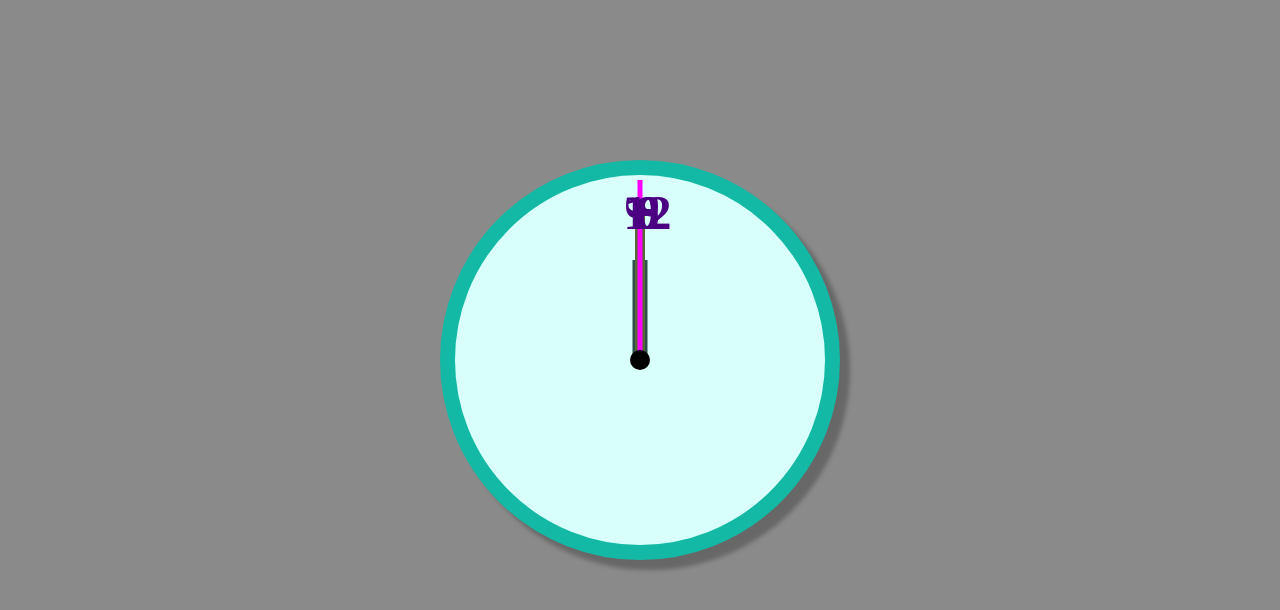
Repository: ChenWarren/web-clock
Page: index.html
These files come from the project's save history. The page is drawn as it stood at one moment and after the next save; the edit follows.
The browser window is 1280 px wide. The pictures show the whole page.

Above is the page before, as saved 2021-03-18 21:21:12.

### index.html
<!DOCTYPE html>
<html lang="en">
<head>
    <meta charset="UTF-8">
    <meta http-equiv="X-UA-Compatible" content="IE=edge">
    <meta name="viewport" content="width=device-width, initial-scale=1.0">
    <link rel="stylesheet" href="main.css">
    <title>Clock</title>
</head>
<body>
    <main class="clock">
        <div class="hour"></div>
        <div class="minute"></div>
        <div class="second"></div>
        <div class="center_dot"></div>

        <div class="number num_1">
            <h2>12</h2>
        </div>
        <div class="number num_3">
            <h2>3</h2>
        </div>
        <div class="number num_6">
            <h2>6</h2>
        </div>
        <div class="number num_9">
            <h2>9</h2>
        </div>

        <div class="dot"></div>
        <div class="dot"></div>
        <div class="dot"></div>
        <div class="dot"></div>
        <div class="dot"></div>
        <div class="dot"></div>
        <div class="dot"></div>
        <div class="dot"></div>
    </main>

    <script src="clock.js"></script>

</body>
</html>

### main.css
* {
    margin: 0;
    padding: 0;
    box-sizing: border-box;
}

body {
    background-color: rgb(138, 138, 138);
    display: flex;
    justify-content: center;
    align-items: center;
    width: 100vw;
    height: 100vh;
    overflow: hidden;
}

.clock {
    width: 400px;
    height: 400px;
    border-radius: 50%;
    background: #d8fffb;
    border: 15px solid #14B9A5;
    box-sizing: border-box;
    box-shadow: 10px 10px 4px rgba(0, 0, 0, 0.25);
    position: relative;
}

.hour {
    width: 15px;
    height: 100px;
    background-color:  darkslategray;
    position: absolute;
    left: 50%;
    bottom: 50%;
    transform: translate(-50%);
}

.minute {
    width: 10px;
    height: 150px;
    background-color:darkolivegreen;
    position: absolute;
    left: 50%;
    bottom: 50%;
    transform: translate(-50%);
}

.second {
    width: 5px;
    height: 180px;
    background-color: fuchsia;
    position: absolute;
    left: 50%;
    bottom: 50%;
    transform: translate(-50%);
}

.center_dot {
    background-color: #000;
    width: 20px;
    height: 20px;
    border-radius: 50%;
    position: absolute;
    left: 50%;
    bottom: 50%;
    transform: translate(-50%, 50%);
}

.number {
    display: flex;
    height: px;
    width: 385px;
    padding-top: 10px;
    justify-content: center;
    color: indigo;
    position: absolute;
    font-size: 2rem;
}

.num_3 {
    transform: rotate(90deg);
}

/* .num_3 h2 {
    transform: rotate(-90deg);
} */

Loaded but not shown: clock.js (no copy from this time; the picture is the same without it)

After the next save:
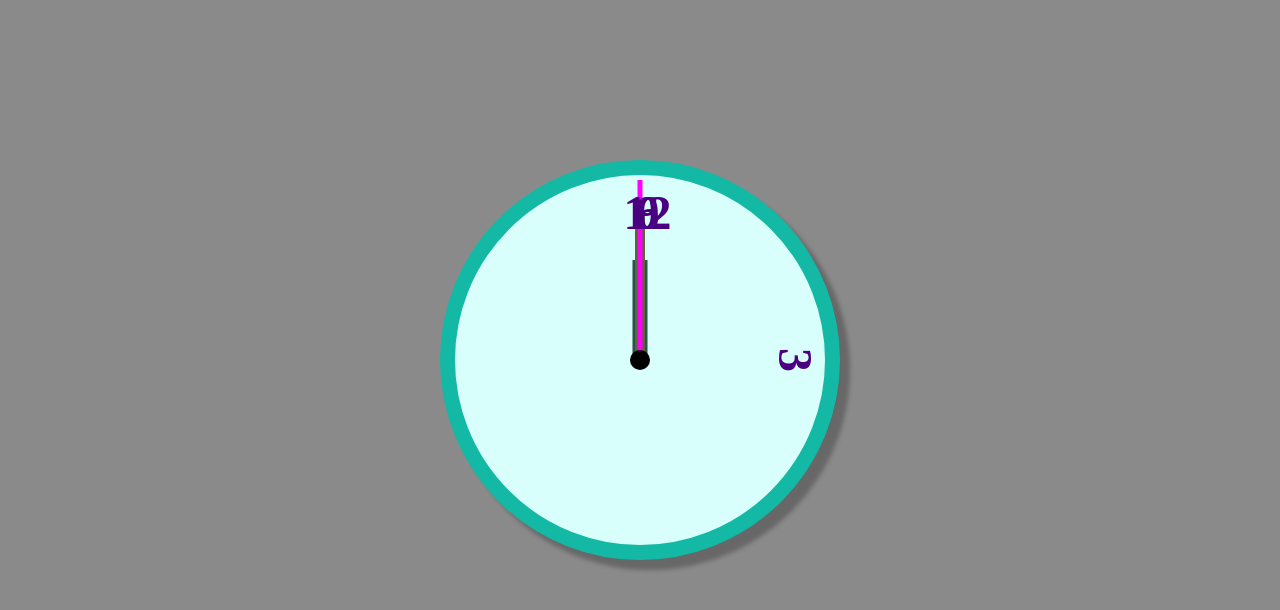
Saved 2 s later.
--- a/main.css
+++ b/main.css
@@ -68,7 +68,7 @@ body {
 
 .number {
     display: flex;
-    height: px;
+    height: 370px;
     width: 385px;
     padding-top: 10px;
     justify-content: center;
